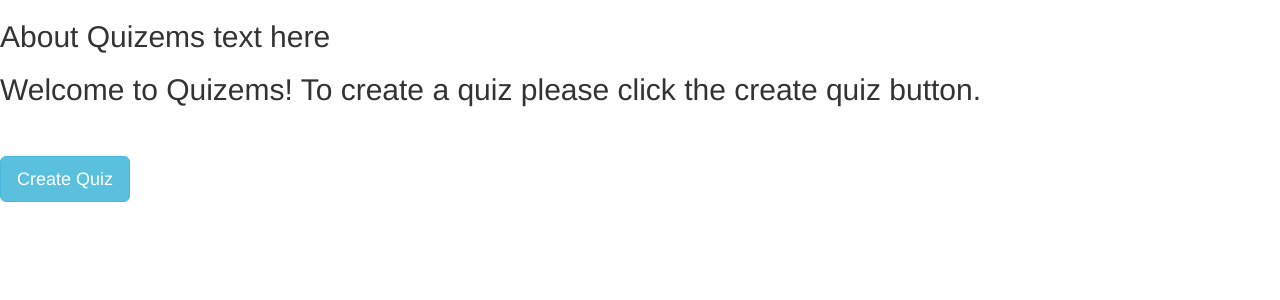
Repository: phillipdacosta/QuizemsNew
Page: /
The author's editor kept a copy of each file at every save. The page is drawn from the files as they stood at one save, then again after the next save.
The browser window is 1280 px wide. The pictures show the whole page.
Some web libraries are served in a nearby version. The project was rebuilt for these pictures with package versions that can differ from the ones it lists, and the page was loaded fresh each time. Also part of the build but not shown: angular.json, src/app/professor/professor.component.ts, src/app/data.service.ts, src/app/question.model.ts, src/app/quiz/quiz.component.ts, src/app/student/student.component.ts, src/app/questions/questions.component.ts, src/app/question-display/question-display.component.ts and 1 more.

Above is the page before, as saved 2019-06-29 12:49:15.

After the next save:
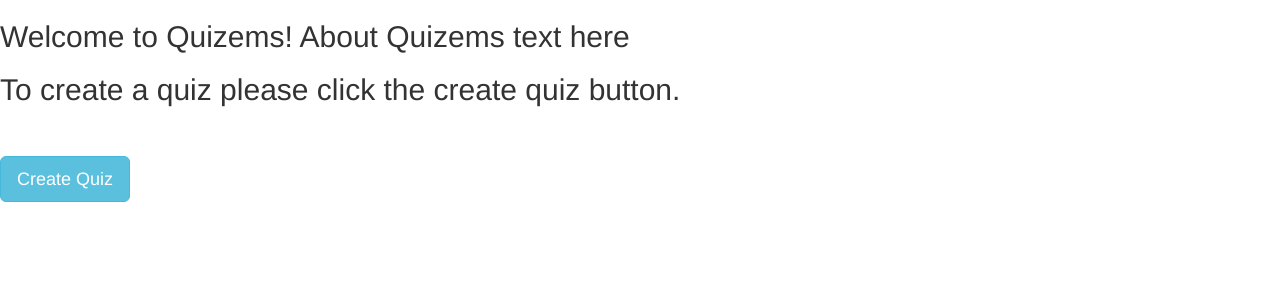
Saved 14 s later.
--- a/src/app/about/about.component.html
+++ b/src/app/about/about.component.html
@@ -1,10 +1,11 @@
 <h2>
-    About Quizems text here
+
+     Welcome to Quizems! About Quizems text here
   </h2>
 
 
 <h2>
-  Welcome to Quizems! To create a quiz please click the create quiz button.
+  To create a quiz please click the create quiz button.
 </h2>
 <br>
 
